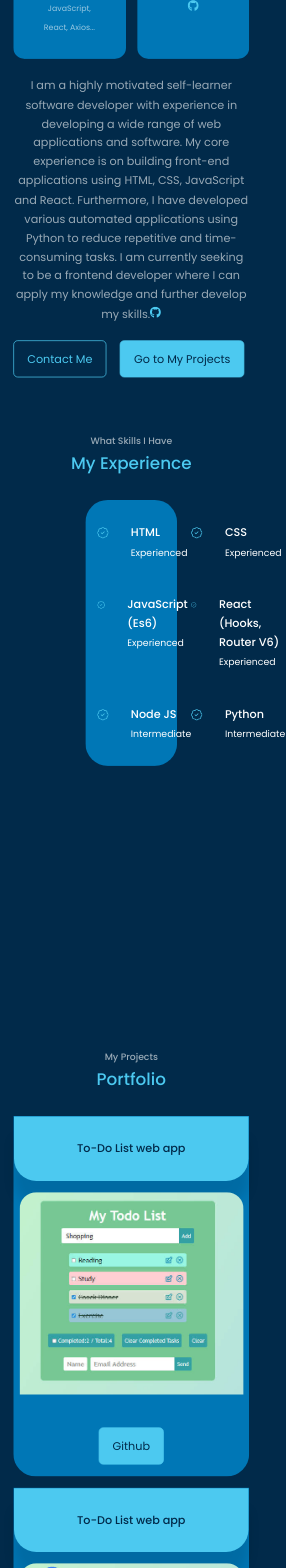
Repository: yingluo1020/react-portfolio-website
Page: /
The author's editor kept a copy of each file at every save. The page is drawn from the files as they stood at one save, then again after the next save.
The browser window is 375 px wide. The page is 408 px wide, so the pictures cover 408 px, including what lies to the right of the window. The pictures show the part of the page from y = 1413 to 3653 px (the page is 6254 px tall before and 6281 px after), at 70% of full size.
The project was rebuilt for these pictures with package versions that can differ from the ones it lists, and the page was loaded fresh each time. Imported but missing from the stored project, and not drawn on this page: src/assets/cv1.pdf.

Above is the page before, as saved 2022-03-16 10:05:34.

### src/index.css
@import url('https://fonts.googleapis.com/css2?family=Poppins:wght@300;400;500;600&display=swap');

* {
 margin: 0;
 padding: 0;
 border: 0;
 outline: 0;
 box-sizing: border-box;
 list-style: none;
 text-decoration: none;
}

:root {
    --color-bg:#012a4a;
    --color-bg-variant:#0077b6;
    --color-primary:#4cc9f0;
    --color-primary-variant:rgba(77,181,255,0.4);
    --color-white:#fff;
    --color-light:rgba(255,255,255,0.6);

    --transition:all 400ms ease;

    --container-width-lg:75%;
    --container-width-md:86%;
    --container-width-sm:90%;
}

html {
    scroll-behavior:smooth;
}

::-webkit-scrollbar {
    display: none;
}

body {
    font-family: 'Poppins', sans-serif;
    background: var(--color-bg);
    color:var(--color-white);
    line-height:1.7;
}

/* general styles */
.container {
    width:var(--container-width-lg);
    margin: 0 auto;
}

h1,
h2,
h3,
h4,
h5 {
    font-weight: 500;
}

h1 {
    font-size: 2.5rem;
}

section {
    margin-top: 5rem;
    min-height: 100vh;
}

section > h2, section > h5 {
    text-align: center;
    color: var(--color-light);
}

section > h2 {
    color: var(--color-primary);
    margin-bottom: 3rem;
}

.text-light {
    color: var(--color-light);
}

a {
    color: var(--color-primary);
    transition: var(--transition);
}

a:hover {
    color: var(--color-white);
}

.btn {
    width: max-content;
    display: inline-block;
    color: var(--color-primary);
    padding: 0.75rem 1.2rem;
    border-radius:0.4rem;
    cursor: pointer;
    border: 1px solid var(--color-primary);
    transition: var(--transition);
}

.btn:hover{
    background: var(--color-white);
    color: var(--color-bg);
    border-color: transparent;
}

.btn-primary {
    background: var(--color-primary);
    color: var(--color-bg);
}

img{
    display: block;
    width: 100%;
    object-fit: cover;
}

/* media queries(medium devices)*/
@media screen and (max-width:1024px) {
    .container {
        width: var(--container-width-sm);
    }

    section> h2 {
        margin-bottom: 2rem;
    }
}

### src/components/header/Header.js
import React from 'react'
import avatar from '../../assets/avatar.JPG'
import './header.css';
import CV from '../../assets/cv1.pdf'


function Header() {
    return (
        <header>
            <div className="container header_container">
                <h5>Hello, I'm</h5>
                <h1>Ying Luo</h1>
                <h5 className="text-light">Front-end Developer</h5>

                <div className='cta'>
                    <a href={CV} download className='btn'>Download My CV</a>
                    <a href="#contact" className='btn btn-primary'>Contact me</a>
                </div>
            </div>
        </header>
    )
}

export default Header

### src/components/nav/Nav.js
import React, { useState } from 'react'
import './nav.css'
import { AiOutlineHome, } from 'react-icons/ai'
import { AiOutlineUser } from 'react-icons/ai'
import { BiBook } from 'react-icons/bi'
import { AiOutlineFundProjectionScreen } from 'react-icons/ai'
import { BiMessageSquareDetail } from 'react-icons/bi'


function Nav() {
    const [activeNav, setActiveNav] = useState('#')
    return (
        <nav>
            <a href="#" onClick={() => setActiveNav('#')} className={activeNav === '#' ? 'active' : ''}><AiOutlineHome /></a>
            <a href="#about" onClick={() => setActiveNav('#about')} className={activeNav === '#about' ? 'active' : ''}><AiOutlineUser /></a>
            <a href="#experience" onClick={() => setActiveNav('#experience')} className={activeNav === '#experience' ? 'active' : ''}><BiBook /></a>
            <a href="#portfolio" onClick={() => setActiveNav('#services')} className={activeNav === '#services' ? 'active' : ''}><AiOutlineFundProjectionScreen /></a>
            <a href="#contact" onClick={() => setActiveNav('#contact')} className={activeNav === '#contact' ? 'active' : ''}><BiMessageSquareDetail /></a>
        </nav>
    )
}

export default Nav

### src/components/about/About.js
import React from 'react'
import avatar from '../../assets/avatar.JPG'
import { FaChalkboardTeacher } from 'react-icons/fa'
import { VscFolderLibrary } from 'react-icons/vsc'
import { FaGithub } from 'react-icons/fa';
import './about.css';

function About() {
    return (
        <section id='about'>
            <h5>My Intro</h5>
            <h2>About Me</h2>

            <div className="container about_container">
                <div className="about_me">
                    <div className="about_image">
                        <img src={avatar} alt="About Image" />
                    </div>
                </div>

                <div className="about_content">
                    <div className="about_cards">
                        <article className="about_card">
                            <FaChalkboardTeacher className='about_icon' />
                            <h5> Self-learner on Frontend </h5>
                            <small>HTML/CSS, JavaScript, React, Axios...</small>
                        </article>

                        <article className="about_card">
                            <VscFolderLibrary className='about_icon' />
                            <h5>Personal IT Projects </h5>
                            <small>10+ completed:  </small>
                            <a href="https://github.com/yingluo1020" target="_blank"><FaGithub /></a>
                        </article>

                    </div>

                    <p>I am a highly motivated self-learner software developer with experience in developing a wide range of web applications and software. My core experience is on building front-end applications using HTML, CSS, JavaScript and React. Furthermore, I have developed various automated applications using Python to reduce repetitive and time-consuming tasks. I am currently seeking to be a frontend developer where I can apply my knowledge and further develop my skills.
                        <a href="https://github.com/yingluo1020" target="_blank"><FaGithub /></a>
                    </p>
                    <div className="about_btn">
                        <a href="#contact" className="btn btn">Contact Me</a>
                        <a href="#" target="_blank" className="btn btn-primary">Go to My Projects</a>
                    </div>

                </div>
            </div>
        </section>
    )
}

export default About

### src/components/experience/Experience.js
import React from 'react'
import './experience.css';
import { BsPatchCheck } from 'react-icons/bs'


function Experience() {
    return (
        <section id='experience'>
            <h5>What Skills I Have</h5>
            <h2>My Experience</h2>

            <div className="container experience_container">
                <div className="experience_content">
                    <article className='experience_details'>
                        <BsPatchCheck className='experience_details-icon' />
                        <div>
                            <h4>HTML</h4>
                            <small className='text_light'>Experienced</small>
                        </div>
                    </article>
                    <article className='experience_details'>
                        <BsPatchCheck className='experience_details-icon' />
                        <div>
                            <h4>CSS</h4>
                            <small className='text_light'>Experienced</small>
                        </div>
                    </article>
                    <article className='experience_details'>
                        <BsPatchCheck className='experience_details-icon' />
                        <div>
                            <h4>JavaScript (Es6)</h4>
                            <small className='text_light'>Experienced</small>
                        </div>
                    </article>
                    <article className='experience_details'>
                        <BsPatchCheck className='experience_details-icon' />
                        <div>
                            <h4>React (Hooks, Router V6) </h4>
                            <small className='text_light'>Experienced</small>
                        </div>
                    </article>
                    <article className='experience_details'>
                        <BsPatchCheck className='experience_details-icon' />
                        <div>
                            <h4>Node JS</h4>
                            <small className='text_light'>Intermediate</small>
                        </div>
                    </article>
                    <article className='experience_details'>
                        <BsPatchCheck className='experience_details-icon' />
                        <div>
                            <h4>Python</h4>
                            <small className='text_light'>Intermediate</small>
                        </div>
                    </article>
                </div>
            </div>
        </section>
    )
}

export default Experience

### src/components/portfolio/Portfolio.js
import React from 'react'
import './portfolio.css';
import project1 from '../../assets/todo1.jpg'
import project2 from '../../assets/search.jpg'
import project3 from '../../assets/btc_alert.jpg'



function Portfolio() {
    return (
        <section id='portfolio'>
            <h5>My Projects</h5>
            <h2>Portfolio</h2>
            <div className="container portfolio_container ">
                <article className='portfolio'>
                    <div className="portfolio_head">
                        <h3 >To-Do List web app</h3>
                    </div>


                    <div className="portfolio_item-image">
                        <img src={project1} alt="project1" />
                    </div>

                    <div className="portfolio_link">
                        <a href="https://github.com" target='_blank' className='btn btn-primary'>Github</a>
                    </div>
                </article>

                <article className='portfolio'>
                    <div className="portfolio_head">
                        <h3 >To-Do List web app</h3>
                    </div>

                    <div className="portfolio_body">
                        <div className="portfolio_item-image">
                            <img src={project2} alt="project1" />
                        </div>
                    </div>
                    <div className="portfolio_link">
                        <a href="https://github.com" target='_blank' className='btn btn-primary'>Github</a>
                    </div>
                </article>

                <article className='portfolio'>
                    <div className="portfolio_head">
                        <h3 >To-Do List web app</h3>
                    </div>

                    <div className="portfolio_body">
                        <div className="portfolio_item-image">
                            <img src={project3} alt="project1" />
                        </div>
                    </div>
                    <div className="portfolio_link">
                        <a href="https://github.com" target='_blank' className='btn btn-primary'>Github</a>
                    </div>
                </article>

            </div>
        </section>
    )
}

export default Portfolio

### src/components/contact/Contact.js
import React, { useRef } from 'react'
import './contact.css'
import { MdOutlineEmail } from 'react-icons/md'
import { RiMessengerLine } from 'react-icons/ri'
import { BsWhatsapp } from 'react-icons/bs'
import emailjs from '@emailjs/browser';


function Contact() {
    const form = useRef();

    const sendEmail = (e) => {
        e.preventDefault();

        emailjs.sendForm('service_s6sapzl', 'template_utnko3u', form.current, 'user_Ak4JS85QR5w9GZLqKm3hY')

        alert(`I'll will reply you ASAP :)`)
        e.target.reset()
    };

    return (
        <section id="contact">
            <h5>Get In Touch</h5>
            <h2>Contact Me</h2>

            <div className="container contact_container">
                <div className="contact_options">
                    <article className='contact_option'>
                        <MdOutlineEmail className='contact_option-icon' />
                        <h4>Email</h4>
                        <h5>yingluo1020@gmail.com</h5>
                        <a href="mailto:yingluo1020@gmail.com" target='_blank'>Send a message</a>
                    </article>

                    <article className='contact_option'>
                        <RiMessengerLine className='contact_option-icon' />
                        <h4>Messenger</h4>
                        <h5>Ying Luo</h5>
                        <a href="https://m.me/yng.luo" target='_blank'>Send a message</a>
                    </article>

                    <article className='contact_option'>
                        <BsWhatsapp className='contact_option-icon' />
                        <h4>WhatsApp</h4>
                        <h5>+44 7407171383</h5>
                        <a href="https://api.whatsapp.com/send?phone+447407171383" target='_blank'>Send a message</a>
                    </article>
                </div>
                {/* End of contact options */}
                <form action="" ref={form} onSubmit={sendEmail}>
                    <input type="text" name='name' placeholder='Your Name' required />
                    <input type="email" name='email' placeholder='Your Email' required />
                    <textarea type="text" name='name' placeholder='Your Message' required ></textarea>
                    <button type="submit" className="btn btn-primary">Send a message</button>
                </form>

            </div>
        </section>

    )
}

export default Contact

### src/components/footer/Footer.js
import React from 'react'
import './footer.css'
import { BsLinkedin } from 'react-icons/bs';
import { FaGithub } from 'react-icons/fa';
import { FiDribbble } from 'react-icons/fi';


function Footer() {
    return (
        <footer>
            <a href="https://github.com/yingluo1020" target="_blank" className='footer_logo'><FaGithub /> Ying Luo</a>
            <ul className='permalinks'>
                <li><a href="#">Home</a></li>
                <li><a href="#about">About</a></li>
                <li><a href="#experience">Experience</a></li>
                <li><a href="#portfolio">Portfolio</a></li>
                <li><a href="#contact">Contact</a></li>
            </ul>

            <div className="footer_copyright">
                <small>&copy; All rights reserved by Ying Luo.</small>
            </div>
        </footer>
    )
}

export default Footer

### src/components/header/header.css
header {
    height: 50vh;
    padding-top: 5rem;
    overflow: hidden;
}

.header_container {
    text-align: center;
    height: 100%;
    position: relative;
}

.cta {
    margin: 2.5rem auto;
    display: flex;
    gap:1.2rem;
    justify-content: center;
}

.avatar {
    background: linear-gradient(var(--color-primary),transparent) ;
    width: 22rem;
    height: 30rem;
    position: absolute;
    left: calc(50% - 11rem);
    border-radius: 12rem 12rem 0 0 ;
    overflow: hidden;
    padding: 5rem 1.5rem 1.5rem 1.5rem;
}


/* media queries(medium devices)*/
@media screen and (max-width:1024px) {
    header {
        height: 68vh;
    }
}

/* media queries(small devices)*/
@media screen and (max-width:600px) {
   header {
       height: 100vh;
   }
}

### src/components/nav/nav.css
nav {
    background: rgba(0, 0, 0, 0.3);
    width: max-content;
    display: block;
    padding:0.7rem 1.7rem;
    z-index: 2;
    position: fixed;
    left: 50%;
    transform: translateX(-50%);
    bottom: 2rem;
    display: flex;
    gap: 0.8rem;
    border-radius: 3rem;
    /* backdrop-filter: blur(15px); */
}

nav a {
    background: transparent;
    padding: 0.9rem;
    border-radius:50% ;
    display: flex;
    color: var(--color-light);
    font-size: 1.1rem;
}

nav a:hover{
    background: rgba(0, 0, 0, 0.3);
}

nav a.active {
    background: var(--color-primary);
    color: var(--color-bg);
}

### src/components/about/about.css
.about_container {
    display: grid;
    grid-template-columns: 35% 50%;
    gap: 15%;
}

.about_me{
    width: 100%;
    aspect-ratio: 0.95/1;
    border-radius: 2rem;
    background: linear-gradient(45deg,transparent,var( --color-primary),transparent);
    display: grid;
    place-items: center;
}

.about_image {
    border-radius: 2rem;
    overflow: hidden;
    transform: rotate(10deg);
    transition: var(--transition);
}

.about_image:hover{
    transform: rotate(0);
}

.about_image img {
    width: 75%;
    margin: 0 auto;
}
.about_cards {
    display: grid;
    grid-template-columns: repeat(2,1fr);
    gap: 1.5rem;
}

.about_card {
    background: var(--color-bg-variant);
    border:1px solid transparent ;
    border-radius: 1rem;
    padding: 2rem;
    text-align: center;
    transition: var(--transition);
}

.about_card:hover {
    background:transparent;
    border-color:var(--color-primary-variant) ;
    cursor: default;
}

.about_icon {
    color: var(--color-primary);
    font-size: 1.4rem;
    margin-bottom: 1rem;
}

.about_card h5 {
    font-size: 0.9rem;
}

.about_card small {
    font-size: 0.7rem;
    color: var(--color-light);
}

.about_content p {
    margin: 2rem 0 2.6rem;
    color: var(--color-light);
}

.about_content .about_btn {
    display: flex;
    gap:1.2rem;
}

/* media queries(medium devices)*/
@media screen and (max-width:1024px) {
    .about_container {
        grid-template-columns: 1fr ;
        gap:0;
    }

    .about_me{
        width: 50%;
        margin: 2rem auto 4rem;
    }

    .about_content p {
        margin: 1rem 0 1.5rem;
    }
}

/* media queries(small devices)*/
@media screen and (max-width:600px) {
    .about_me{
        width: 65%;
        margin: 0 auto 3rem;
    }

    .about_cards {
        grid-template-columns: 1fr 1fr;
        gap: 1rem;
    }

    .about_content {
        text-align: center;
    }

    .about_content p {
        margin: 1.5rem 0;
    }
}

### src/components/experience/experience.css
.experience_container{
    width: 35%;
    min-height: 50vh;
}

.experience_container >div {
    background: var(--color-bg-variant);
    padding: 2.4rem 10rem;
    border-radius: 2rem;
    border: 1px solid transparent;
    transition: var(--transition);
}

.experience_container >div:hover{
    background: transparent;
    border-color: var(--color-primary-variant);
    cursor: default;
}

.experience_content {
    display: grid;
    grid-template-columns: 1fr 1fr;
    row-gap: 3rem;
}

.experience_details {
    display: flex;
    gap: 2rem;
}

.experience_details-icon{
    margin-top: 6px;
    color: var(--color-primary);
}

/* media queries(medium devices)*/
@media screen and (max-width:1024px) {
    .experience_container >div {
        width: 80%;
        padding: 2rem;
        margin: 0 auto;
    }

    .experience_content {
        padding: 1rem;
    }
}

/* media queries(small devices)*/
@media screen and (max-width:600px) {
    .experience_container{
        gap: 1rem;
    }

    .experience_container >div {
        width: 100%;
        padding: 2rem 1rem;
    }
}

### src/components/portfolio/portfolio.css
.portfolio_container{
    display: grid;
    grid-template-columns: repeat(3,1fr);
    gap: 2.5rem;
}

.portfolio {
    background: var(--color-bg-variant);
    border-radius:0 0 2rem 2rem;
    border: 1px solid transparent;
    /* height: fit-content; */
    transition: var(--transition);
}

.portfolio:hover {
    background: transparent;
    border-color: var(--color-primary-variant);
    transition: var(--transition);
}

.portfolio_head{
    background: var(--color-primary);
    border-radius:0 0 2rem 2rem;
    padding: 2rem;
    box-shadow: 0 2rem 1rem rgba(0,0,0,0.1);
}

.portfolio_head h3 {
    text-align: center;
    font-size: 1rem;
    color: var(--color-bg);
}

.portfolio_item-image {
    width: 20rem;
    height: 20rem;
    /* aspect-ratio: 1/1;   */
    border-radius: 1.5rem;
    overflow: hidden;
    margin: 1rem auto;
}

.portfolio_link {
    display: flex;
    justify-content: center;
    margin: 1rem 0;
}


/* media queries(medium devices)*/
@media screen and (max-width:1024px) {
    .portfolio_container{
        grid-template-columns: 1fr 1fr;
        gap: 1.2rem;
    }
}

/* media queries(small devices)*/
@media screen and (max-width:600px) {
    .portfolio_container {
        grid-template-columns: 1fr;
        gap: 1rem;
    }
}

### src/components/contact/contact.css
.contact_container {
    width: 58%;
    display: grid;
    grid-template-columns: 30% 58%;
    gap: 12%;
}

.contact_options {
    display: flex;
    flex-direction: column;
    gap: 1.2rem;
}

.contact_option{
    background: var(--color-bg-variant);
    padding: 1.2rem ;
    border-radius:1.2rem;
    border: 1px solid transparent;
    text-align: center;
    transition: var(--transition);
}

.contact_option:hover{
    background: transparent;
    border-color: var(--color-primary-variant);
}

.contact_option-icon{
    font-size: 1.5rem;
    margin-bottom: 0.5rem;
}

.contact_option a {
    margin-top: 0.7rem;
    display: inline-block;
    font-size: 0.8rem;
}

/* form */
form {
    display: flex;
    flex-direction: column;
    gap: 1.2rem;
}

input, textarea{
    width: 100%;
    padding: 1.5rem ;
    border-radius:0.5rem;
    border: 2px solid var(--color-primary-variant);
    background: transparent;
    resize: none; /* 元素不能被用户缩放。 */
    color: var(--color-white);
}

/* media queries(medium devices)*/
@media screen and (max-width:1024px) {
    .contact_container {
        grid-template-columns: 1fr;
        gap: 2rem;
    }

}

/* media queries(small devices)*/
@media screen and (max-width:600px) {
    .contact_container{
        width: var(--container-width-sm);
    }
}

### src/components/footer/footer.css
footer {
    background: var(--color-primary);
    padding: 2rem 0;
    text-align: center;
    font-size: 0.9rem;
    margin-top: 7rem;
}

footer a {
    color: var(--color-bg);
}

.footer_logo{
    font-size: 2rem;
    font-weight: 500;
    margin-bottom: 2rem;
    display: inline-block;
}

.permalinks{
    display: flex;
    flex-wrap: wrap;
    justify-content: center;
    gap: 2rem;
    margin: 0 auto 3rem;
}

.footer_socials{
    display: flex;
    justify-content: center;
    gap: 1rem;
    margin-bottom: 4rem;
}

.footer_socials a {
    display: flex;
    background: var(--color-bg);
    color: var(--color-white);
    padding: 0.8rem;
    border-radius: 0.7rem;
    border: 1px solid transparent;
    transition: var(--transition);
}

.footer_socials a:hover{
    background: transparent;
    color: var(--color-bg);
    border-color: var(--color-bg);
}

.footer_copyright {
    margin-bottom: 4rem;
    color: var(--color-bg);
}

/* media queries(small devices)*/
@media screen and (max-width:600px) {
    .permalinks{
        flex-direction: column;
        gap: 1.5rem;
    }

    .footer_socials{
        margin-bottom: 2.6rem;
    }
}

Loaded but not shown: public/index.html (common file); src/index.js (common file); src/App.js (common file)

After the next save:
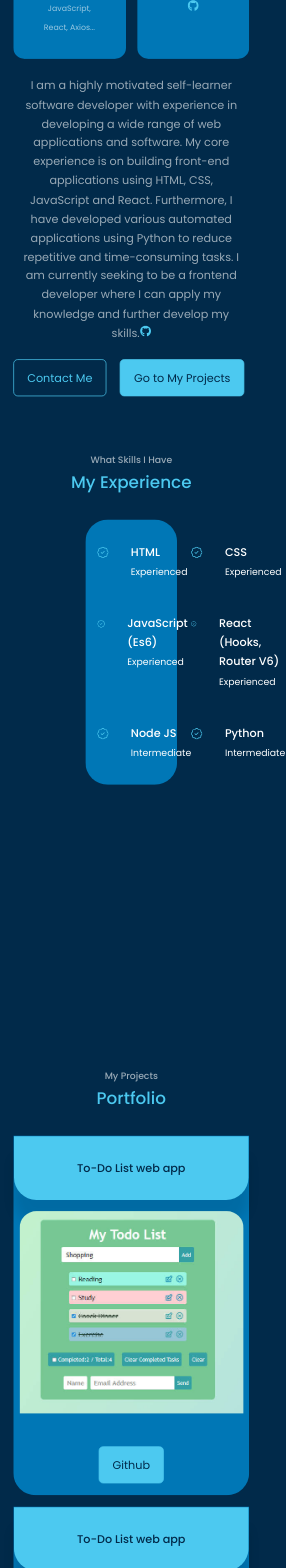
Saved 4 min 35 s later.
--- a/src/components/about/about.css
+++ b/src/components/about/about.css
@@ -108,6 +108,6 @@
     }
 
     .about_content p {
-        margin: 1.5rem 0;
+        margin: 1.5rem 0.5rem;
     }
 }
